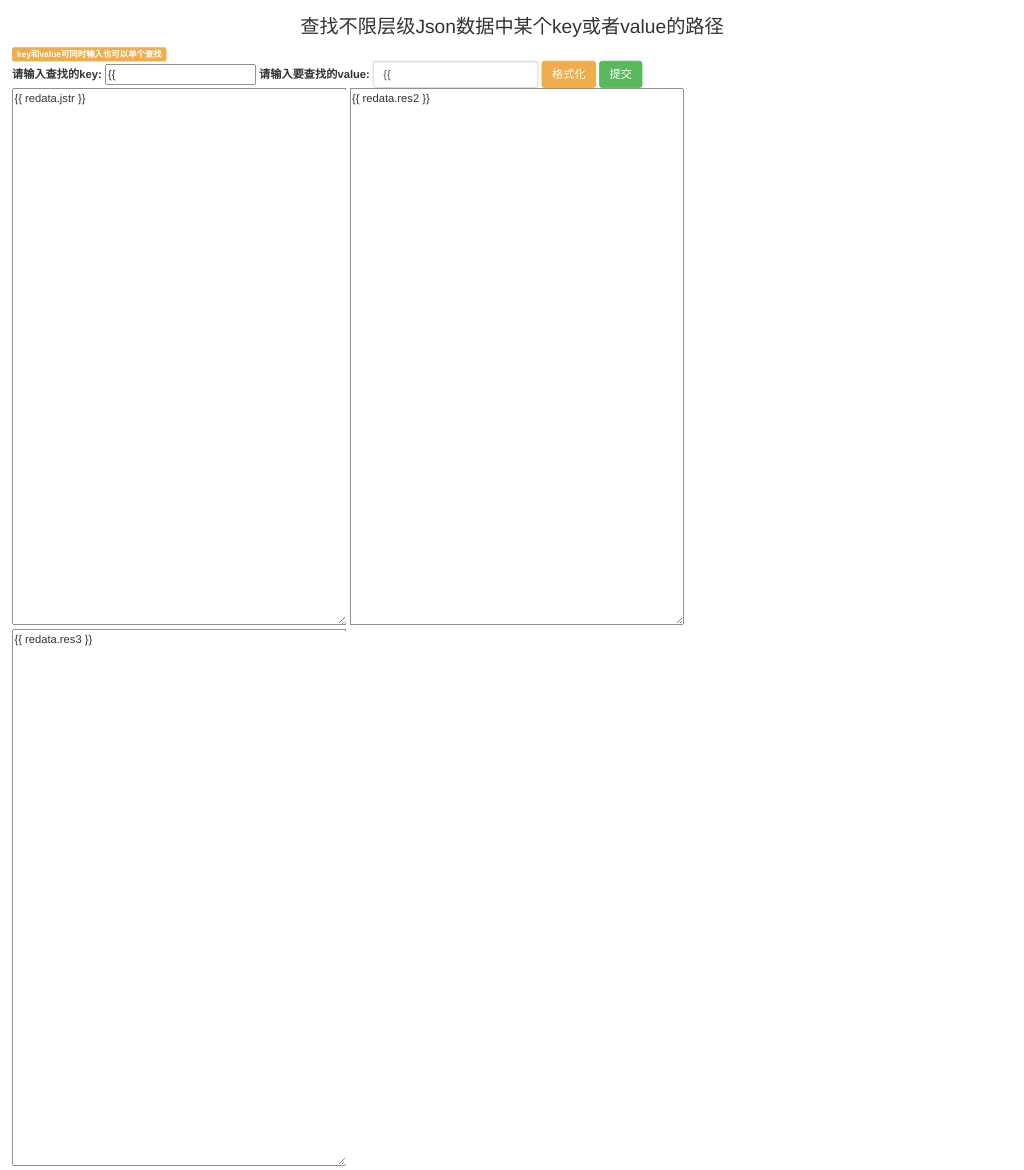
Repository: wangyanqing666/study
Page: other.html
An editor plug-in stored every save of this project. The page is shown before and after the next save, followed by the edit.
The browser window is 1280 px wide. The pictures show the whole page, at 80% of full size.
Some web libraries are served in a nearby version.

Above is the page before, as saved 2020-12-03 11:21:06.

### other.html
<!DOCTYPE html>
<html lang="en">

<head>

    <head>

        <meta charset="UTF-8">
        <meta name="viewport" content="width=device-width, initial-scale=1,maximum-scale=1, user-scalable=no">
        <title>jean同步配置</title>
        <link rel="stylesheet" href="https://cdn.staticfile.org/twitter-bootstrap/3.3.7/css/bootstrap.min.css">
        <script src="https://cdn.staticfile.org/jquery/2.1.1/jquery.min.js"></script>
        <script src="https://cdn.staticfile.org/twitter-bootstrap/3.3.7/js/bootstrap.min.js"></script>
    </head>

<body>
    <h3 class="text-center">查找不限层级Json数据中某个key或者value的路径</h3>

    <div class="container-fluid">
                                    <span class="label label-warning">key和value可同时输入也可以单个查找</span>


        <form class="form-inline" action="/formit" method="POST">


            <div class="form-group">
                <label>请输入查找的key: </label>

                <input class="form-group" type="text" id="key" name="key" value={{ redata.key }}>
            </div>

            <div class="form-group">

                <label>请输入要查找的value: </label>
                <input class="form-control" type="text" id="key1" name="key1" value={{ redata.value }}>
                <button type="button" class="btn btn-warning" id="formatting" onclick="beautify();">格式化</button>
                <input type="submit" class="btn btn-success" value="提交">



            </div>


            <div class="form-group">

                <textarea class="column " style="height: 671px; width: 418px;" id="editor1"
                    placeholder="给一个JSON字符串，然后会自动格式化" spellcheck="false" name="jstr">{{ redata.jstr }}</textarea>
                <textarea id="editor2" style="height: 671px; width: 418px;" class="clumn " placeholder="key值"
                    name="jstr1">{{ redata.res2 }}</textarea>
                <textarea id="editor3" style="height: 671px; width: 418px;" class="clumn " placeholder="value值"
                    name="jstr2">{{ redata.res3 }}</textarea>
            </div>


        </form>
    </div>









</body>

</html>

After the next save:
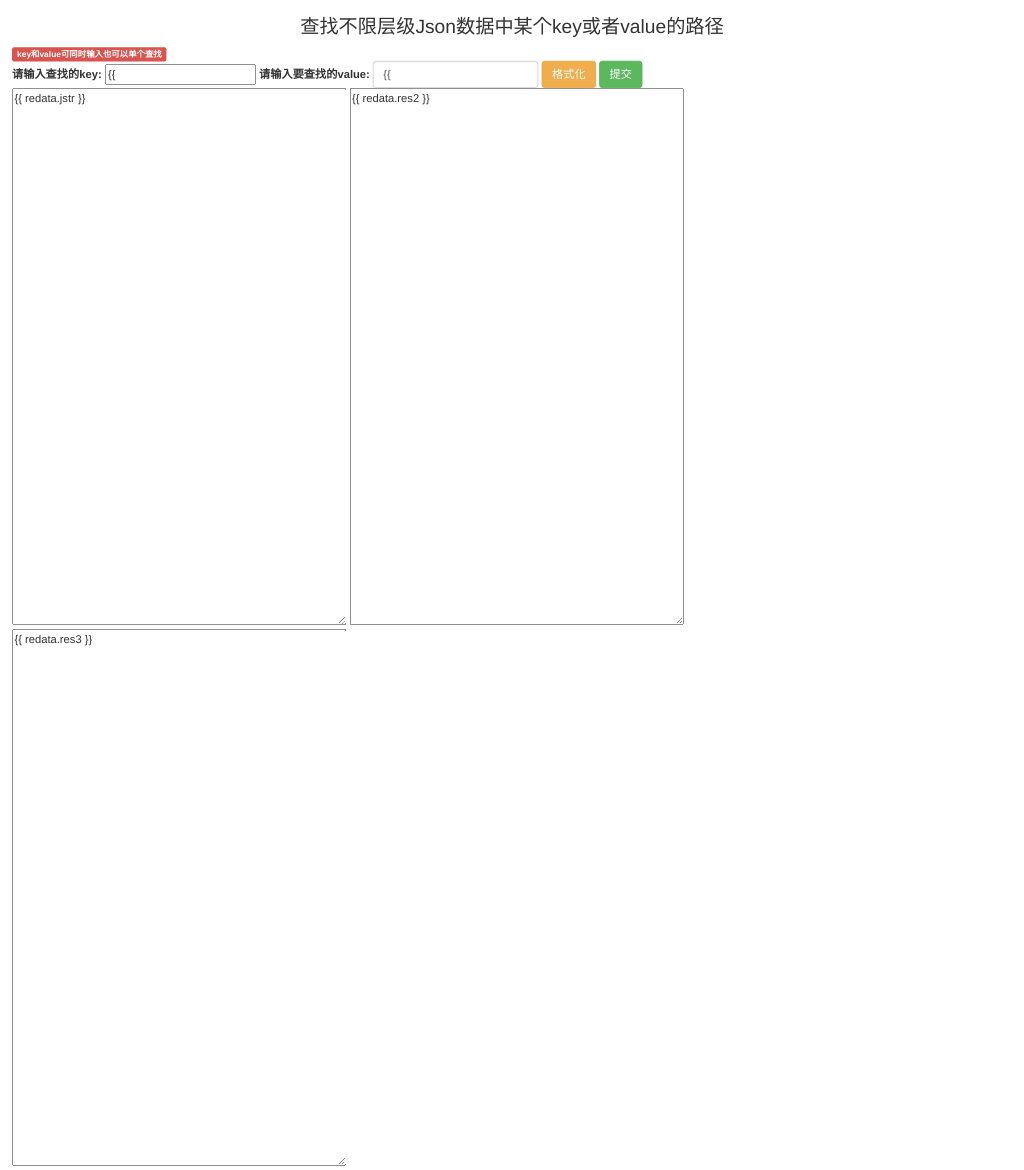
Saved 20 s later.
--- a/other.html
+++ b/other.html
@@ -17,7 +17,7 @@
     <h3 class="text-center">查找不限层级Json数据中某个key或者value的路径</h3>
 
     <div class="container-fluid">
-                                    <span class="label label-warning">key和value可同时输入也可以单个查找</span>
+                                    <span class="label label-danger">key和value可同时输入也可以单个查找</span>
 
 
         <form class="form-inline" action="/formit" method="POST">
